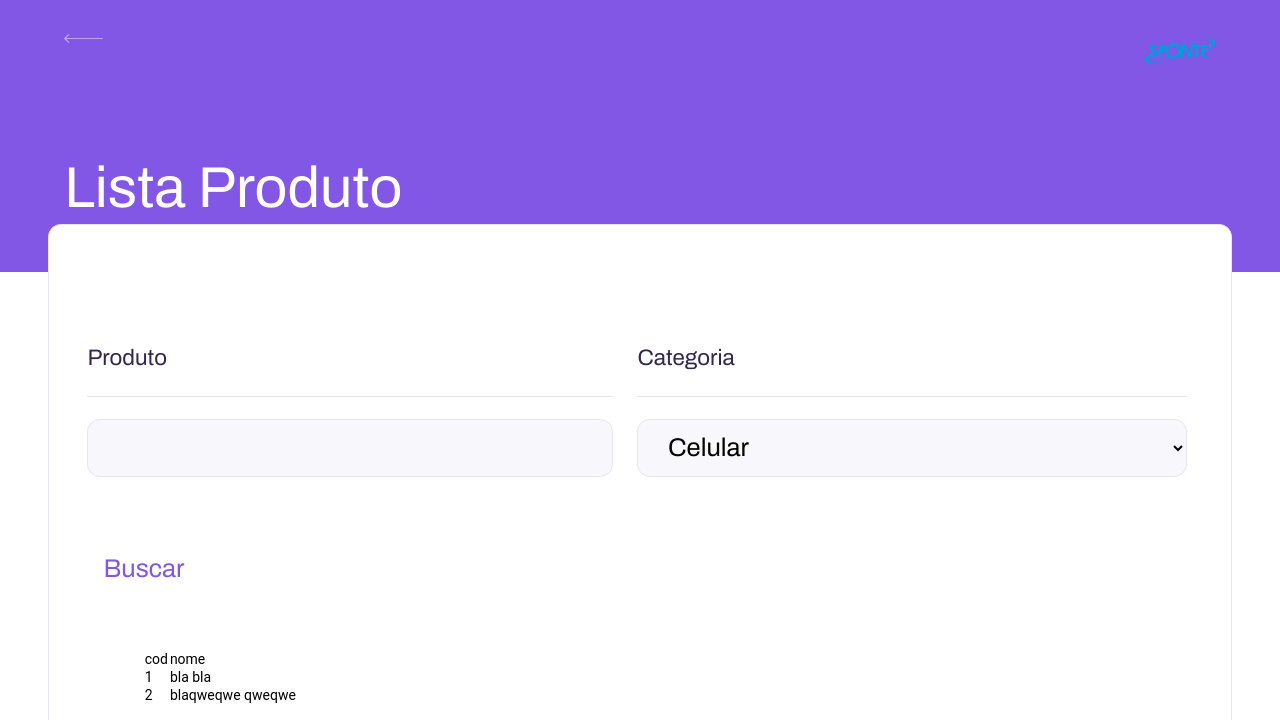
Repository: Henrique-Hoi-Dev/avalia-o-front-end
Page: /list (app in web/)
The author's editor kept a copy of each file at every save. The page is drawn from the files as they stood at one save, then again after the next save.
The browser window is 1280 px wide. The pictures show the whole page.
The project was rebuilt for these pictures with package versions that can differ from the ones it lists, and the page was loaded fresh each time. Also part of the build but not shown: web/src/pages/Home/styles.js, web/src/pages/Home/index.js, web/src/services/api.js, web/src/pages/RegistrationProduct/styles.js, web/src/components/HeaderRecord/styles.js, web/src/components/HeaderRecord/index.js, web/src/pages/RegistrationProduct/Avatarinput/styles.js, web/src/pages/RegistrationProduct/Avatarinput/index.js and 1 more.

Above is the page before, as saved 2020-09-02 20:54:22.

After the next save:
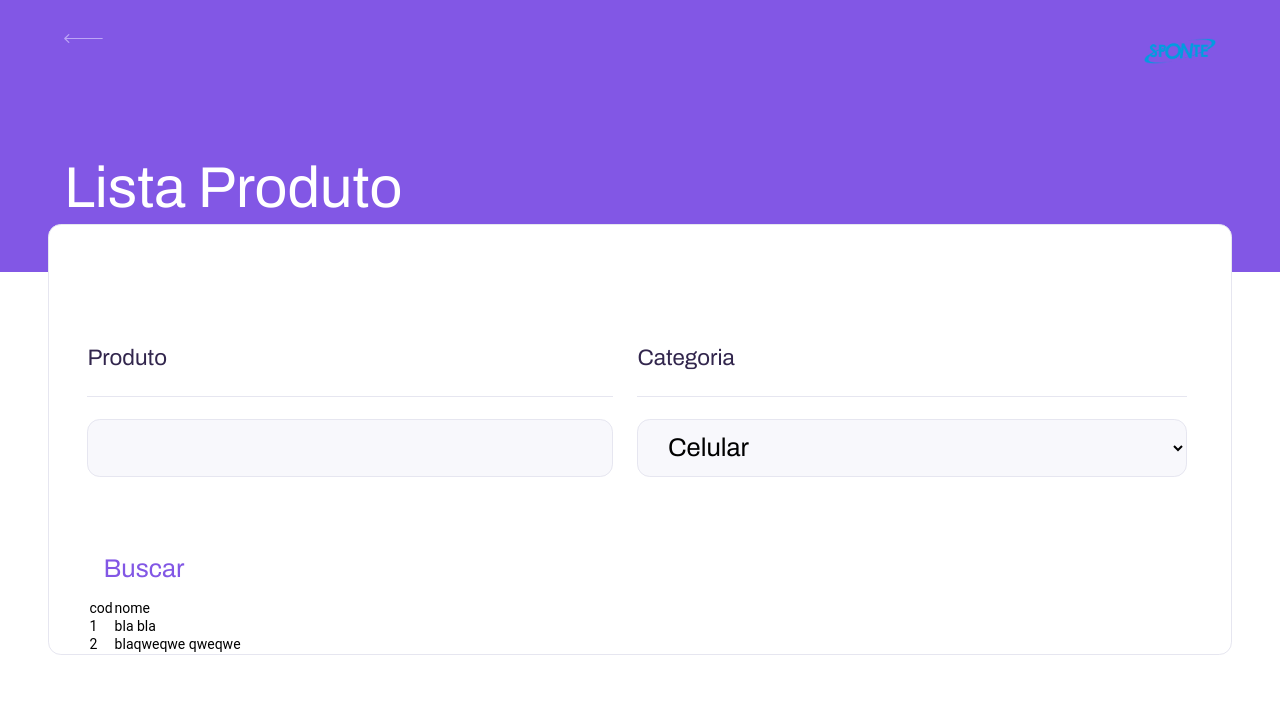
Saved 6 min 40 s later.
--- a/web/src/pages/ListProduct/index.js
+++ b/web/src/pages/ListProduct/index.js
@@ -48,24 +48,23 @@ function ListProduct() {
                 </div>
               </div>
               <button type="submit">Buscar</button>
-              <main>
-                <table>
-                  <thead>
-                    <td>cod</td>
-                    <td>nome</td>
-                  </thead>
-                  <tbody>
-                    <tr>
-                      <td>1</td>
-                      <td>bla bla</td>
-                    </tr>
-                    <tr>
-                      <td>2</td>
-                      <td>blaqweqwe qweqwe</td>
-                    </tr>
-                  </tbody>
-                </table>
-              </main>
+
+              <table className="table-list">
+                <thead>
+                  <td>cod</td>
+                  <td>nome</td>
+                </thead>
+                <tbody>
+                  <tr>
+                    <td>1</td>
+                    <td>bla bla</td>
+                  </tr>
+                  <tr>
+                    <td>2</td>
+                    <td>blaqweqwe qweqwe</td>
+                  </tr>
+                </tbody>
+              </table>
             </Form>
           )}
         />
